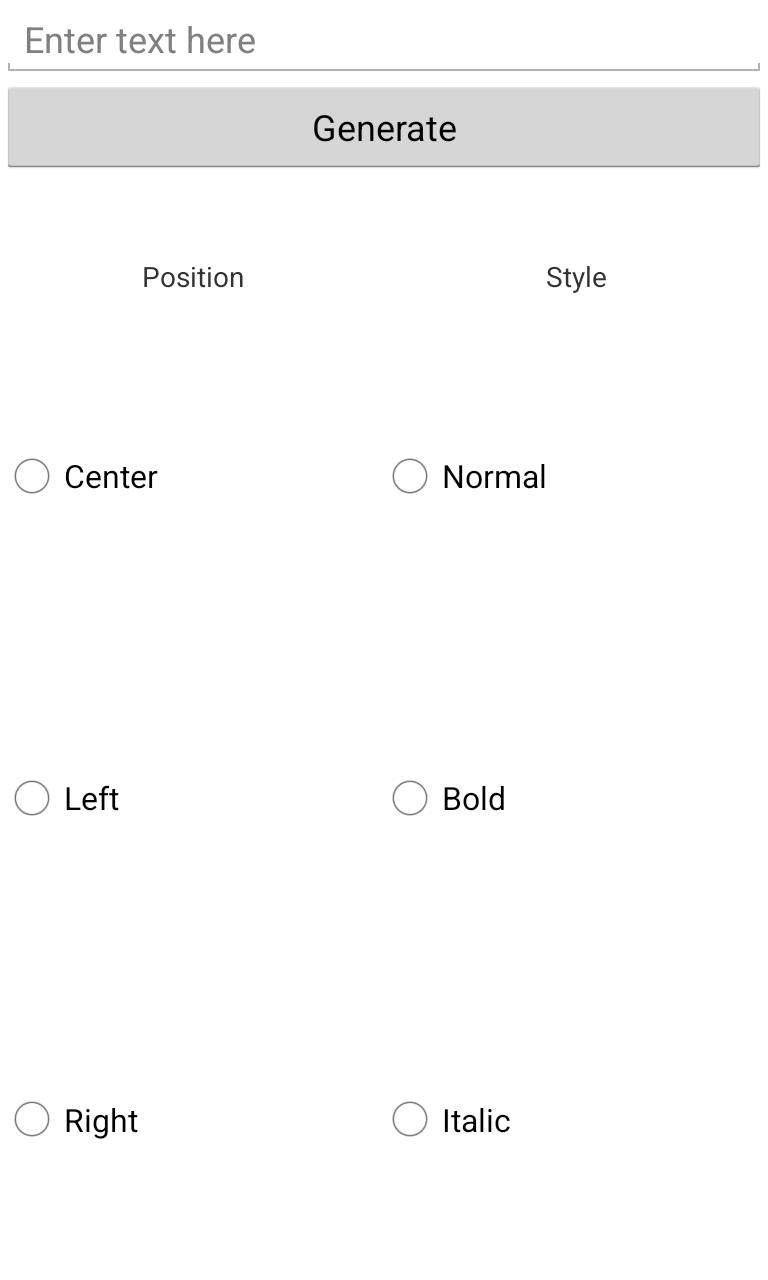
Repository: IgnacioRV/AndroidDev
Layout: ProjectYasuo/res/layout/adv_screen.xml
These files come from the project's save history. The layout is drawn as it stood at one moment and after the next save; the edit follows.
It is drawn on a 768 x 1280 px phone screen (xhdpi) without system bars, with theme AppTheme; the app's code is not run.

Above is the layout before, as saved 2016-01-27 10:30:47.

### ProjectYasuo/res/layout/adv_screen.xml
<?xml version="1.0" encoding="utf-8"?>
<LinearLayout xmlns:android="http://schemas.android.com/apk/res/android"
    android:layout_width="match_parent"
    android:layout_height="match_parent"
    android:layout_marginTop="20dp"
    android:orientation="vertical" >

    <EditText
        android:id="@+id/editText1"
        android:layout_width="match_parent"
        android:layout_height="wrap_content"
        android:hint="Enter text here"
        android:text="" />

    <Button
        android:id="@+id/bGen"
        android:layout_width="match_parent"
        android:layout_height="wrap_content"
        android:text="Generate" />

    <TextView
        android:id="@+id/tvNew"
        android:layout_width="match_parent"
        android:layout_height="wrap_content"
        android:textSize="23sp"
        android:text="" />

    <LinearLayout
        android:layout_width="match_parent"
        android:layout_height="wrap_content"
        android:orientation="horizontal"
        android:weightSum="2" >

        <TextView
            android:id="@+id/textView2"
            android:layout_width="fill_parent"
            android:layout_height="39dp"
            android:gravity="center"
            android:text="Position"
            android:layout_weight="1" />

        <TextView
            android:id="@+id/textView1"
            android:layout_width="fill_parent"
            android:layout_height="26dp"
            android:layout_weight="1"
            android:gravity="center"
            android:text="Style"
             android:layout_weight="1" />
    </LinearLayout>

    <LinearLayout
        android:layout_width="match_parent"
        android:layout_height="fill_parent"
        android:orientation="horizontal"
        android:weightSum="2" >

        <RadioGroup
            android:layout_width="wrap_content"
            android:layout_height="fill_parent"
            android:layout_weight="1"
            android:orientation="vertical"
            android:id="@+id/rg">

            <RadioButton
                android:id="@+id/rbCenter"
                android:layout_width="wrap_content"
                android:layout_height="fill_parent"
                android:layout_weight="1"
                android:text="Center" />

            <RadioButton
                android:id="@+id/rbLeft"
                android:layout_width="wrap_content"
                android:layout_height="fill_parent"
                android:layout_weight="1"
                android:text="Left" />

            <RadioButton
                android:id="@+id/rbRight"
                android:layout_width="wrap_content"
                android:layout_height="fill_parent"
                android:layout_weight="1"
                android:text="Right" />
        </RadioGroup>

        <RadioGroup
            android:layout_width="wrap_content"
            android:layout_height="fill_parent"
            android:layout_weight="1"
            android:orientation="vertical"
            android:id="@+id/rs" >

            <RadioButton
                android:id="@+id/rbNormal"
                android:layout_width="wrap_content"
                android:layout_height="fill_parent"
                android:layout_weight="1"
                android:text="Normal" />

            <RadioButton
                android:id="@+id/rbBold"
                android:layout_width="wrap_content"
                android:layout_height="fill_parent"
                android:layout_weight="1"
                android:text="Bold" />

            <RadioButton
                android:id="@+id/rbItalic"
                android:layout_width="wrap_content"
                android:layout_height="fill_parent"
                android:layout_weight="1"
                android:text="Italic" />
        </RadioGroup>
    </LinearLayout>



</LinearLayout>

Loaded but not shown: ProjectYasuo/res/values/styles.xml (common file); ProjectYasuo/res/values-v11/styles.xml (common file); ProjectYasuo/res/values-v14/styles.xml (common file)

After the next save:
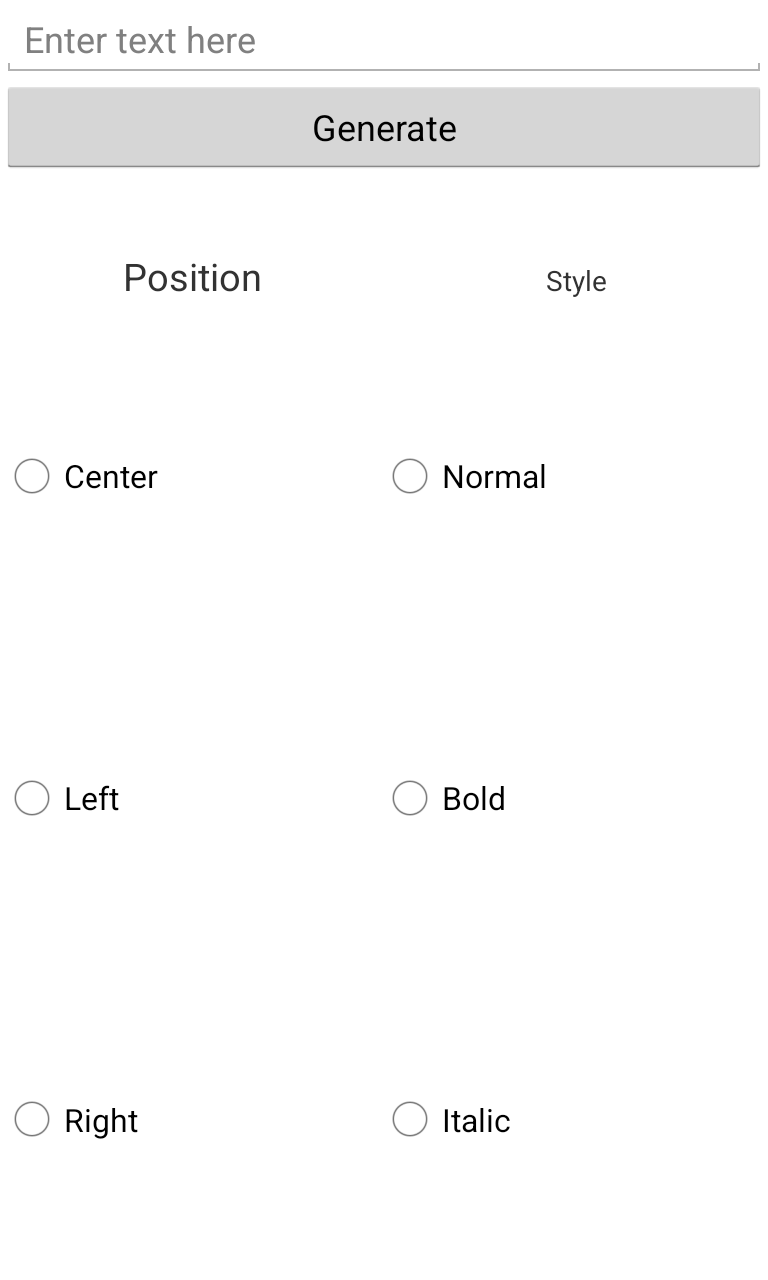
Saved 21 s later.
--- a/ProjectYasuo/res/layout/adv_screen.xml
+++ b/ProjectYasuo/res/layout/adv_screen.xml
@@ -37,7 +37,8 @@
             android:layout_height="39dp"
             android:gravity="center"
             android:text="Position"
-            android:layout_weight="1" />
+            android:layout_weight="1"
+            android:textSize="19sp"/>
 
         <TextView
             android:id="@+id/textView1"
